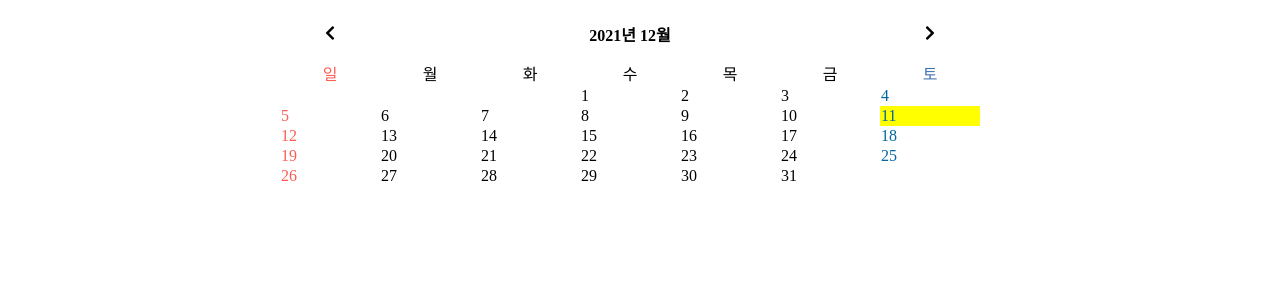
Repository: shin-sj/Checkkeu
Page: http://localhost/test2/WEB-INF/user/calendar.jsp
The author's editor kept a copy of each file at every save. The page is drawn from the files as they stood at one save, then again after the next save.
The browser window is 1280 px wide. The pictures show the whole page.
Some web libraries are served in a nearby version. The page is served by Tomcat 9. Nobody is signed in. The template is opened directly, without the code that normally fills it, so the values that code supplies are empty.

Above is the page before, as saved 2021-12-15 16:31:12.

After the next save:
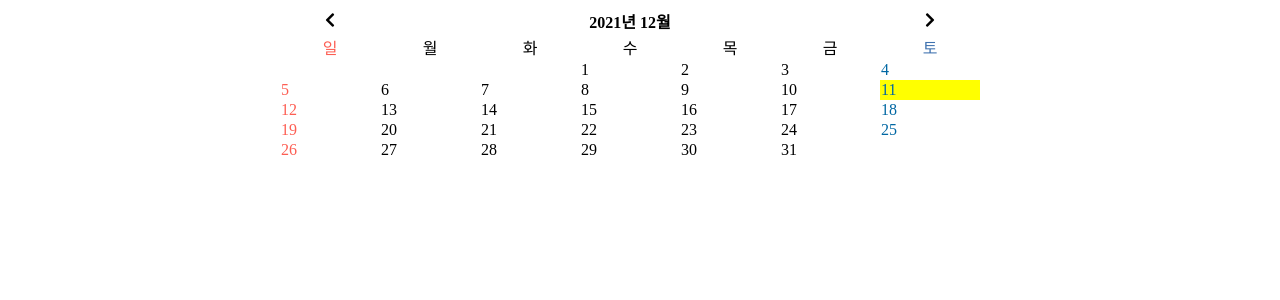
Saved 43 s later.
--- a/test2/src/main/webapp/WEB-INF/user/calendar.jsp
+++ b/test2/src/main/webapp/WEB-INF/user/calendar.jsp
@@ -44,7 +44,7 @@
 		border: solid 0.5px gray;
 		border-collapse : collapse;
 	}
-	th {
+	#calTh {
 		border: none;
 		height: 50px;
 	}
@@ -206,10 +206,10 @@
 				<table id="calendar">
 					<tr>
 						<!-- label은 마우스로 클릭을 편하게 해줌 -->
-						<th><label onclick="prevCalendar()"><i
+						<th class="calTh"><label onclick="prevCalendar()"><i
 								class="fas fa-chevron-left"></i></label></th>
-						<th align="center" id="tbCalendarYM" colspan="5">yyyy년 m월</th>
-						<th><label onclick="nextCalendar()"><i
+						<th class="calTh" align="center" id="tbCalendarYM" colspan="5">yyyy년 m월</th>
+						<th class="calTh" ><label onclick="nextCalendar()"><i
 								class="fas fa-chevron-right"></i></label></th>
 					</tr>
 					<tr>
